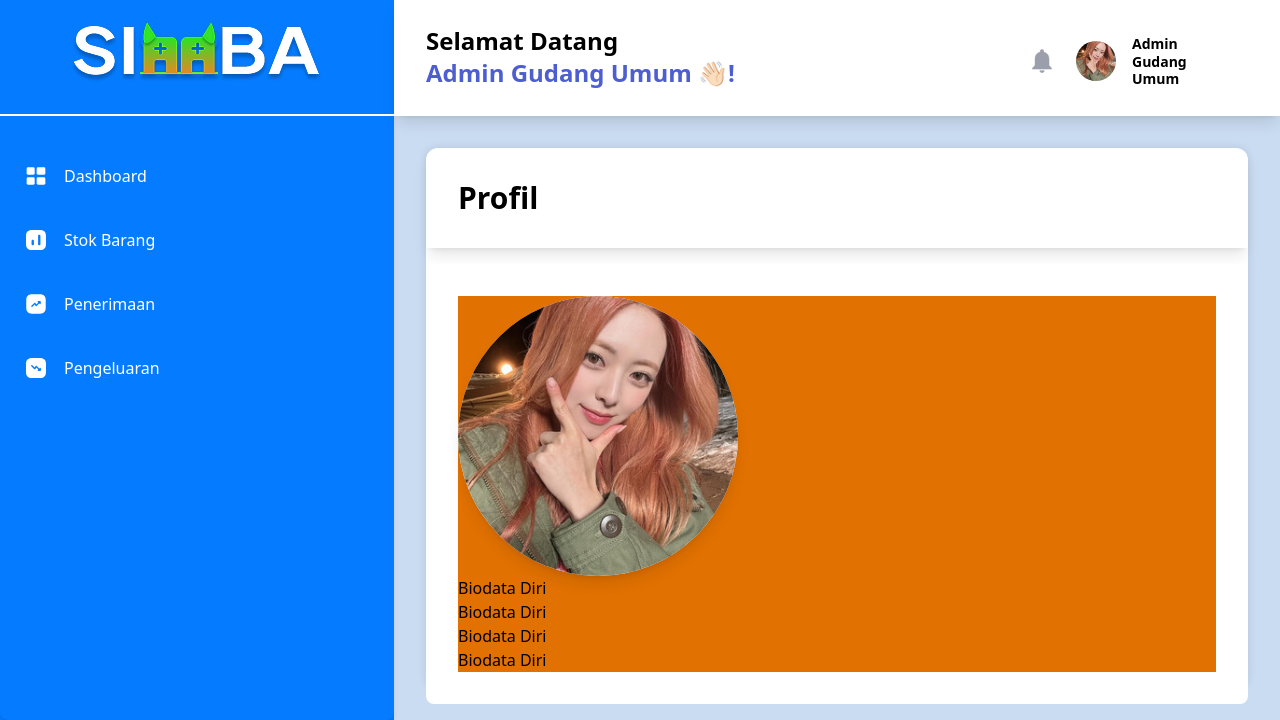
Repository: Gokerwow/inventory-fe
Page: /profil
The author's editor kept a copy of each file at every save. The page is drawn from the files as they stood at one save, then again after a run of saves.
The browser window is 1280 px wide. The pictures show the whole page.
The project was rebuilt for these pictures with package versions that can differ from the ones it lists, and the page was loaded fresh each time. Also part of the build but not shown: vite.config.ts, src/components/lineChart.tsx, src/pages/dashboard.tsx, src/pages/stokBarang.tsx, src/components/pagination.tsx, src/components/PenerimaanTable.tsx, src/components/RiwayatPenerimaanTable.tsx, src/pages/penerimaan.tsx and 8 more.

Above is the page before, as saved 2025-10-28 12:04:11.

After the next 2 saves:
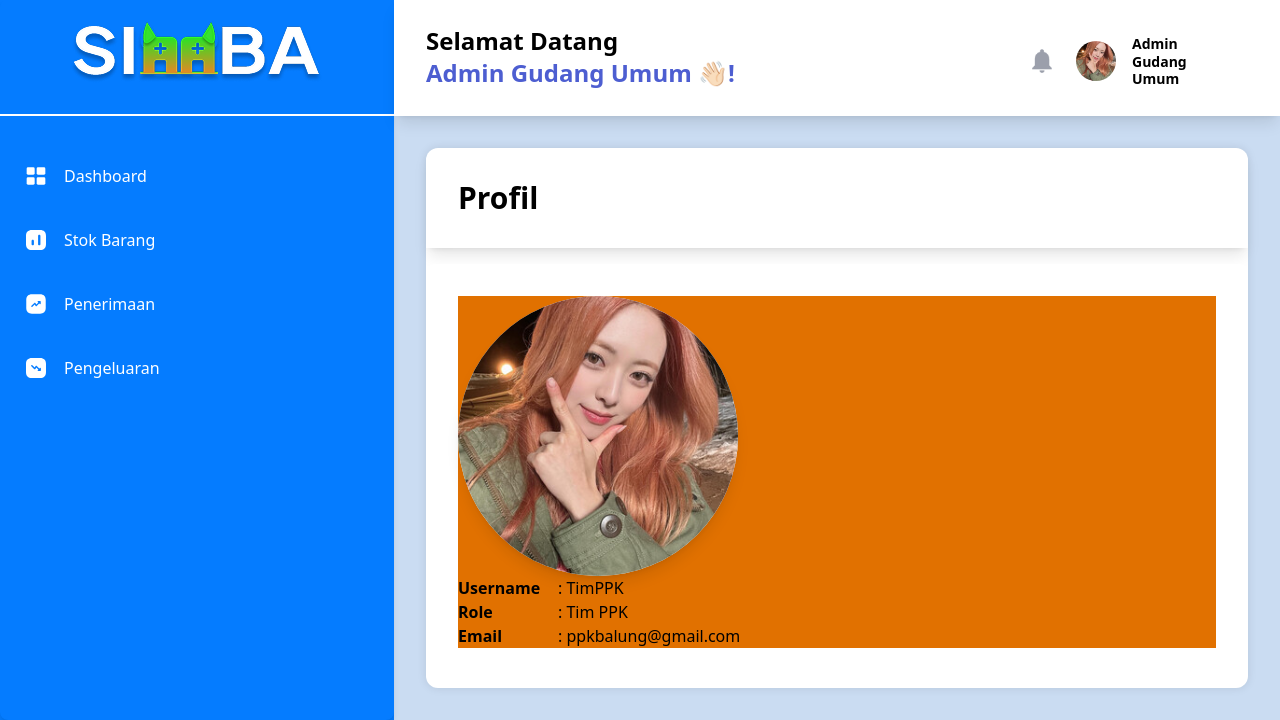
The 2 saves are shown as one change because they came seconds apart.
The last was saved 115 s later.
--- a/src/pages/profil.tsx
+++ b/src/pages/profil.tsx
@@ -10,10 +10,20 @@ function Profil() {
                         <img src={PfpExample} alt="Profile Picture" className='w-full' />
                     </div>
                     <div>
-                        <h1>Biodata Diri</h1>
-                        <h1>Biodata Diri</h1>
-                        <h1>Biodata Diri</h1>
-                        <h1>Biodata Diri</h1>
+                        <table>
+                            <tr>
+                                <td width="100"><strong>Username</strong></td>
+                                <td>: TimPPK</td>
+                            </tr>
+                            <tr>
+                                <td><strong>Role</strong></td>
+                                <td>: Tim PPK</td>
+                            </tr>
+                            <tr>
+                                <td><strong>Email</strong></td>
+                                <td>: ppkbalung@gmail.com</td>
+                            </tr>
+                        </table>
                     </div>
                 </div>
             </div>
